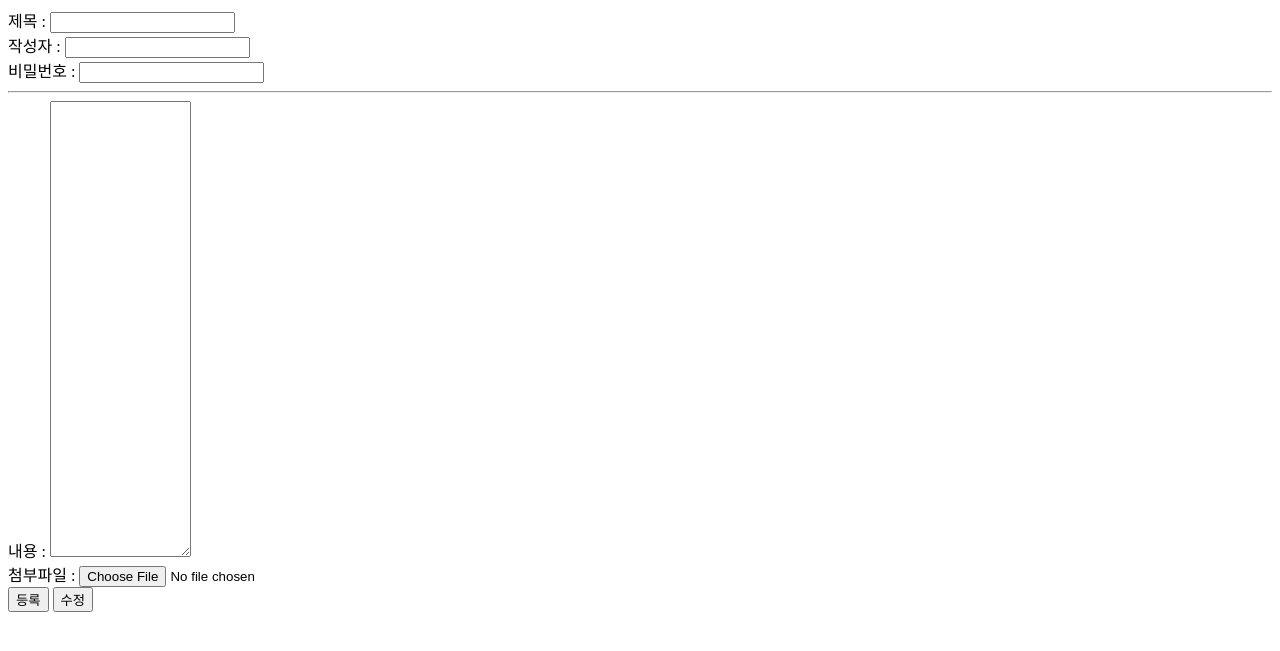
Repository: beom324/jsp-servlet
Page: http://localhost/day1227/insertBoard
An editor plug-in stored every save of this project. The page is shown before and after the next save, followed by the edit.
The browser window is 1280 px wide. The pictures show the whole page.
The page is served by Tomcat 9. Other server files are loaded and not shown.

Above is the page before, as saved 2023-12-27 03:37:25.

### day1227/src/main/webapp/insertBoard.jsp
<%@ page language="java" contentType="text/html; charset=UTF-8"
    pageEncoding="UTF-8"%>
<!DOCTYPE html>
<html>
<head>
<meta charset="UTF-8">
<title>Insert title here</title>
</head>
<body>

	제목 : <input type="text" name="title"><br>
	작성자 : <input type = "text" name="writer"><br>
	비밀번호 : <input type="password" name ="pwd"><br>
	<hr>
	내용 : <textarea rows="30" cols="15"></textarea><br>
	첨부파일 : <input type="file" enctype="multipart/form-data"><br>
	<button>등록</button>
	<button>수정</button>
</body>
</html>

### day1227/src/main/java/com/sist/servlet/InsertBoard.java
package com.sist.servlet;

import java.io.File;
import java.io.IOException;

import javax.servlet.RequestDispatcher;
import javax.servlet.ServletException;
import javax.servlet.annotation.WebServlet;
import javax.servlet.http.HttpServlet;
import javax.servlet.http.HttpServletRequest;
import javax.servlet.http.HttpServletResponse;

import com.oreilly.servlet.MultipartRequest;
import com.oreilly.servlet.multipart.DefaultFileRenamePolicy;
import com.sist.dao.BoardDAO;
import com.sist.vo.BoardVO;

/**
 * Servlet implementation class InsertBoard
 */
@WebServlet("/insertBoard")
public class InsertBoard extends HttpServlet {
	private static final long serialVersionUID = 1L;

    /**
     * @see HttpServlet#HttpServlet()
     */
    public InsertBoard() {
        super();
        // TODO Auto-generated constructor stub
    }

	/**
	 * @see HttpServlet#doGet(HttpServletRequest request, HttpServletResponse response)
	 */
	protected void doGet(HttpServletRequest request, HttpServletResponse response) throws ServletException, IOException {
		String viewPage ="insertBoard.jsp";
		RequestDispatcher dispatcher = request.getRequestDispatcher(viewPage);
		dispatcher.forward(request, response);
	}

	/**
	 * @see HttpServlet#doPost(HttpServletRequest request, HttpServletResponse response)
	 */
	protected void doPost(HttpServletRequest request, HttpServletResponse response) throws ServletException, IOException {
		String path = request.getRealPath("data");
		MultipartRequest multi = new MultipartRequest(request, path,1024*1024*5,"utf-8",new DefaultFileRenamePolicy());

		BoardDAO dao = new BoardDAO();
		int no = dao.getNextNO();
		BoardVO vo = new BoardVO();
		vo.setNo(no);
		vo.setTitle(multi.getParameter("title"));
		vo.setWriter(multi.getParameter("writer"));
		vo.setPwd(multi.getParameter("pwd"));
		vo.setContent(multi.getParameter("content"));
		vo.setFname(multi.getOriginalFileName("uploadFile"));
		vo.setIp(request.getRemoteAddr());

		int re = dao.insertBoard(vo);
		String viewPage = "insertBoardOK.jsp";
		if(re!=1) {
			viewPage = "error.jsp";
			request.setAttribute("msg", "게시물 등록에 실패하였습니다");
		}

		RequestDispatcher dispatcher = request.getRequestDispatcher(viewPage);
		dispatcher.forward(request, response);


	}

}

After the next save:
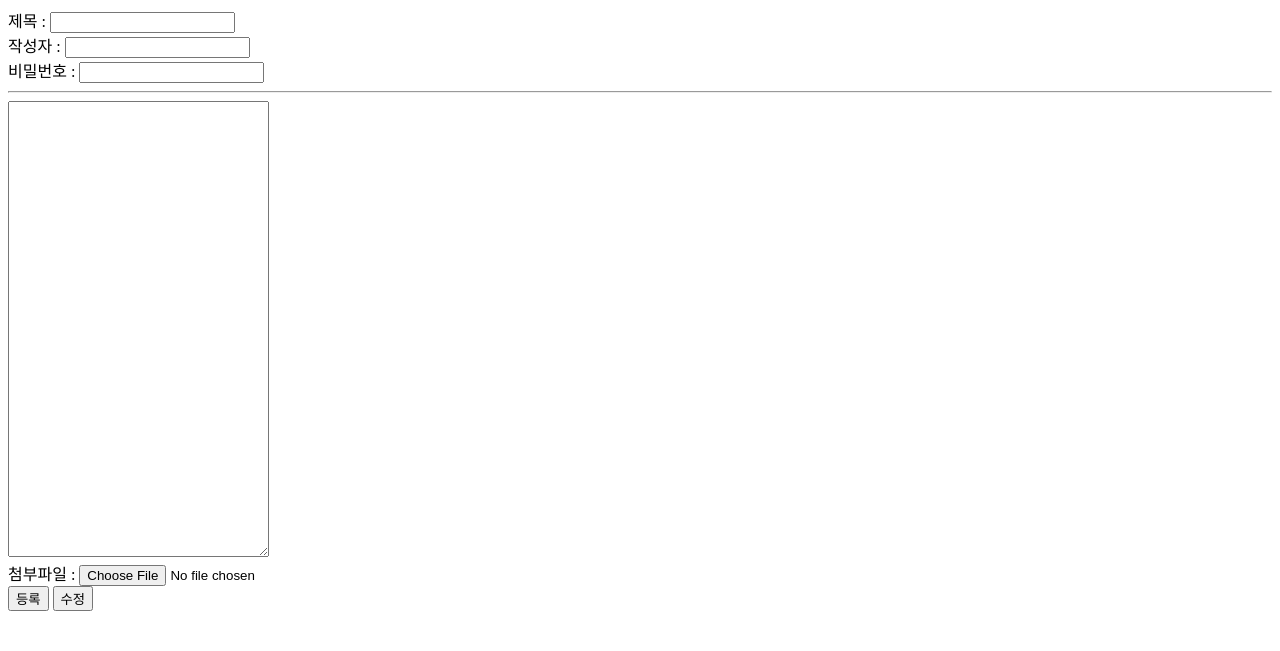
Saved 32 s later.
--- a/day1227/src/main/webapp/insertBoard.jsp
+++ b/day1227/src/main/webapp/insertBoard.jsp
@@ -12,7 +12,7 @@
 	작성자 : <input type = "text" name="writer"><br>
 	비밀번호 : <input type="password" name ="pwd"><br>
 	<hr>
-	내용 : <textarea rows="30" cols="15"></textarea><br>
+	<textarea rows="30" cols="30"></textarea><br>
 	첨부파일 : <input type="file" enctype="multipart/form-data"><br>
 	<button>등록</button>
 	<button>수정</button>
